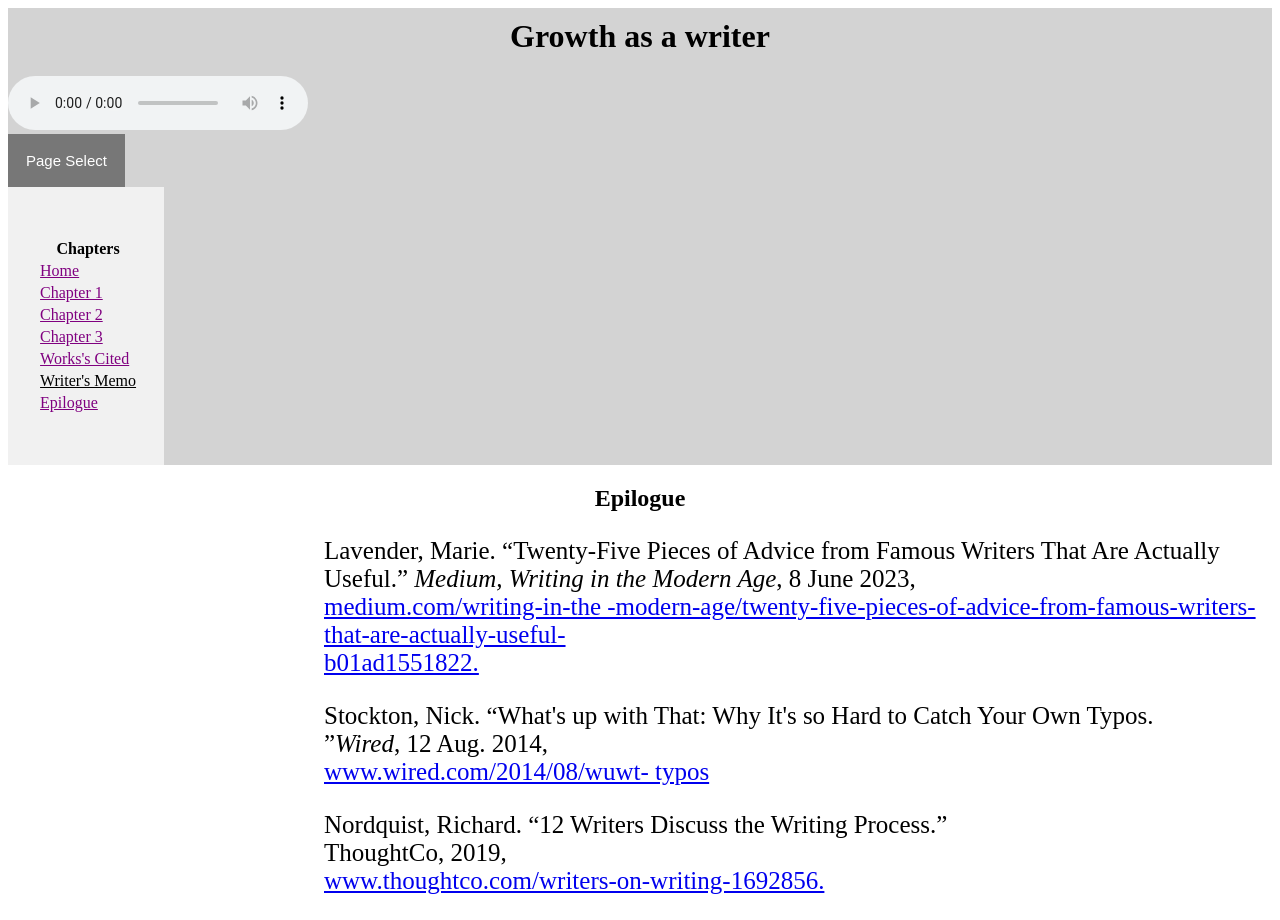
Repository: jpaisiem/WP-4
Page: Epilogue.html
The author's editor kept a copy of each file at every save. The page is drawn from the files as they stood at one save, then again after a run of saves.
The browser window is 1280 px wide. The pictures show the whole page.

Above is the page before, as saved 2025-05-01 12:34:36.
Console error: TypeError: Cannot read properties of undefined (reading 'toggle')

After the next 2 saves:
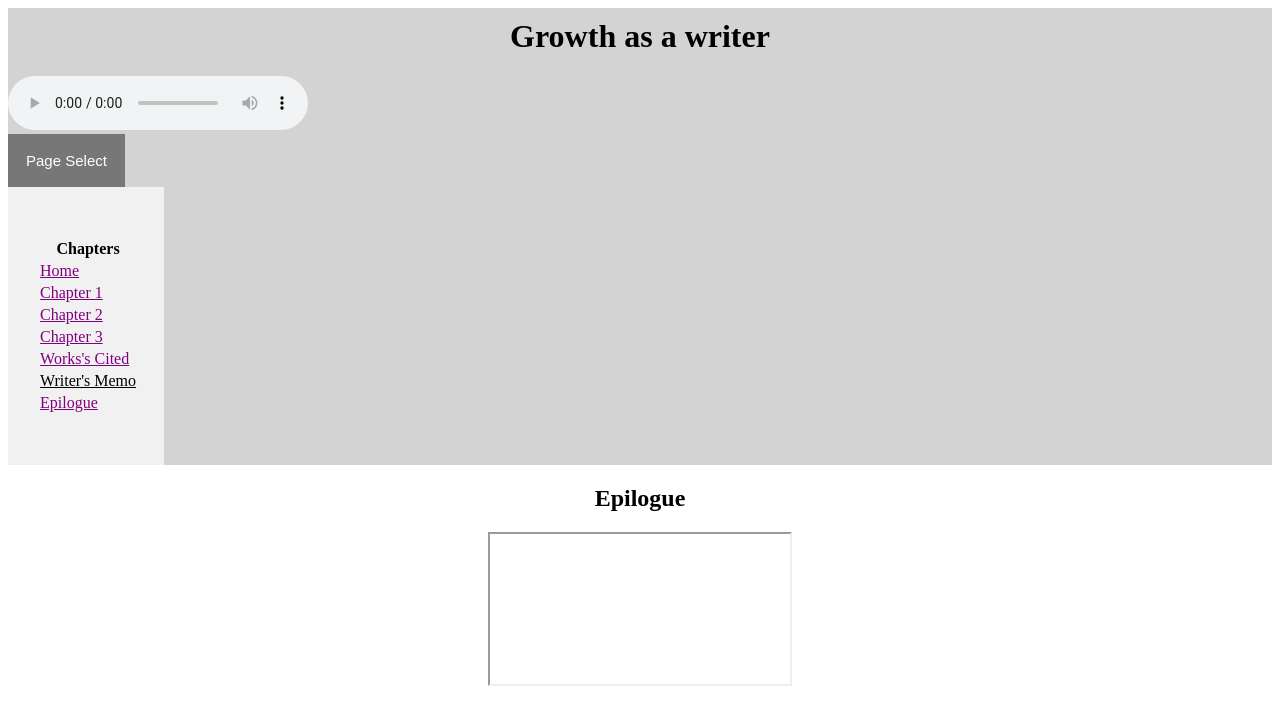
The error is gone.
The 2 saves are shown as one change because they came seconds apart.
The last was saved 10 s later.
--- a/Epilogue.html
+++ b/Epilogue.html
@@ -85,20 +85,8 @@ li
     </div>
 <div style="text-align: center;">
      <h2 style="text-align: center;">Epilogue</h2>
-     <p>
-    Lavender, Marie. <q>Twenty-Five Pieces of Advice from Famous Writers That Are Actually <br>
-    Useful.</q> <i>Medium, Writing in the Modern Age</i>, 8 June 2023,<br><a href="https://medium.com/writing-in-the-modern-age/twenty-five-pieces-of-advice-from-famous-writers-that-are-actually-useful-b01ad1551822">medium.com/writing-in-the
-    -modern-age/twenty-five-pieces-of-advice-from-famous-writers-that-are-actually-useful-<br>
-    b01ad1551822.</a></><br>
-</p>
-<p>
-     Stockton, Nick. <q>What&apos;s up with That: Why It&apos;s so Hard to Catch Your Own
-     Typos.<br></q><i>Wired</i>, 12 Aug. 2014, <br><a href="https://www.wired.com/2014/08/wuwt-typos/">www.wired.com/2014/08/wuwt-
-     typos</a><br>
-</p>
-<p>
-  Nordquist, Richard. <q>12 Writers Discuss the Writing Process.</q> <br>ThoughtCo, 2019,<br> <a href="https://www.thoughtco.com/writers-on-writing-1692856">www.thoughtco.com/writers-on-writing-1692856.</a>
-</p>
+    <iframe>
+
 </div>
 <script>
 var coll = document.getElementsByClassName("collapsible");
